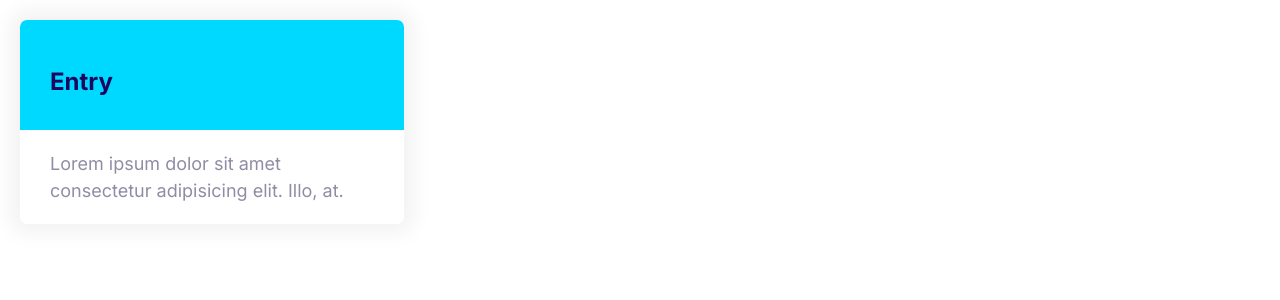
Repository: Qiwenweiii/CodeWithMosh
Page: index.html
An editor plug-in stored every save of this project. The page is shown before and after the next save, followed by the edit.
The browser window is 1280 px wide. The pictures show the whole page.

Above is the page before, as saved 2021-11-11 22:01:29.

After the next save:
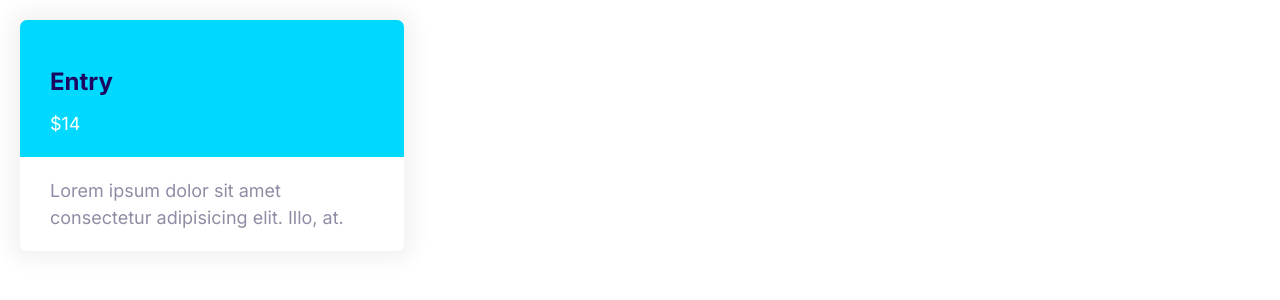
Saved 47 s later.
--- a/index.html
+++ b/index.html
@@ -19,6 +19,7 @@
             <div class="card card--secondary">
                 <header class="card__header">
                     <h3 class="plan__name">Entry</h3>
+                    <span class="plan__price">$14</span>
                 </header>
                 <div class="card__body">
                     Lorem ipsum dolor sit amet consectetur adipisicing elit. Illo, at.
